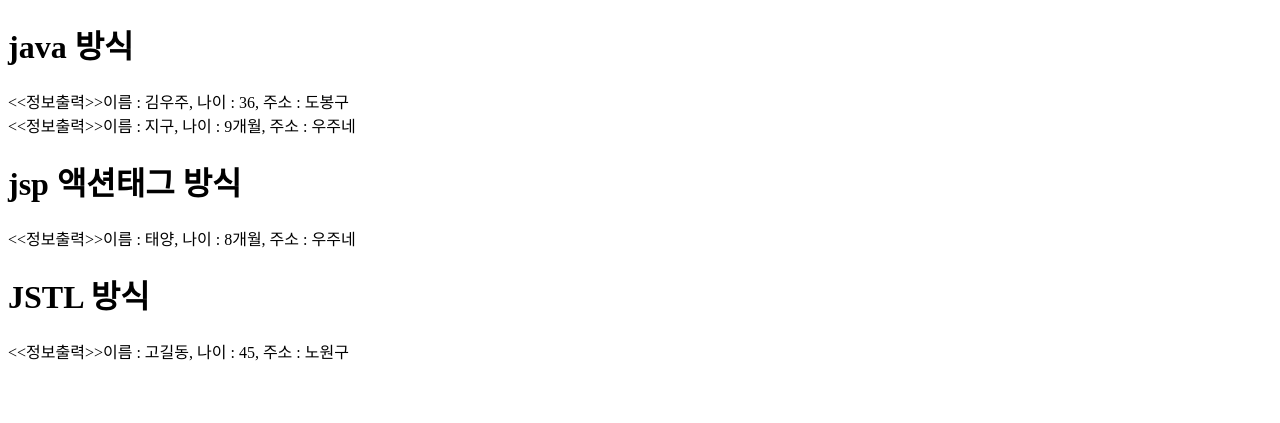
Repository: UnibusK/Java-Study
Page: http://localhost/JSP29/
These files come from the project's save history. The page is drawn as it stood at one moment and after the next save; the edit follows.
The browser window is 1280 px wide. The pictures show the whole page.
The page is served by Tomcat 9.

Above is the page before, as saved 2023-12-06 06:29:58.

### JSP/JSP29/src/main/webapp/index.jsp
<%@ page language="java" contentType="text/html; charset=UTF-8"
    pageEncoding="UTF-8"%>
<%@ taglib uri="http://java.sun.com/jsp/jstl/core" prefix="c"%>
<!DOCTYPE html>
<html>
	<head>
		<meta charset="UTF-8">
		<title>자바빈과 JSTL</title>
	</head>
	<body>
		<h1>java 방식</h1>
		<%
			beans.Student s1=new beans.Student();
			s1.setName("김우주");
			s1.setAge("36");
			s1.setAddress("도봉구");
			beans.Student s2=new beans.Student();
			s2.setName("지구");
			s2.setAge("9개월");
			s2.setAddress("우주네");

		%>
		<%=s1 %><br>
		<%=s2 %><br>
		<h1>jsp 액션태그 방식</h1>
		<jsp:useBean id="s3" class="beans.Student"></jsp:useBean>
		<jsp:setProperty name="s3" property="name" value="태양"></jsp:setProperty>
		<jsp:setProperty name="s3" property="age" value="8개월"></jsp:setProperty>
		<jsp:setProperty name="s3" property="address" value="우주네"></jsp:setProperty>
		<!-- name.set필드멍("내용"); -->
		<%=s3 %>

		<h1>JSTL 방식</h1>
		<c:set var="s4" value="<%=new beans.Student() %>"></c:set>
		<c:set target="${s4 }" property="name" value="고길동"></c:set>
		<c:set target="${s4 }" property="age" value="45"></c:set>
		<c:set target="${s4 }" property="address" value="노원구"></c:set>
		<!-- target.set필드명(value) -->
		${s4 }<br>
	</body>
</html>

### JSP/JSP29/src/main/java/beans/Student.java
package beans;

public class Student {
	private String name;
	private String age;
	private String address;

	public String getName() {
		return name;
	}
	public void setName(String name) {
		this.name = name;
	}
	public String getAge() {
		return age;
	}
	public void setAge(String age) {
		this.age = age;
	}
	public String getAddress() {
		return address;
	}
	public void setAddress(String address) {
		this.address = address;
	}

	public String toString() {
		return "<<정보출력>>이름 : "+name+", 나이 : "+age+", 주소 : "+address;
	}

}

After the next save:
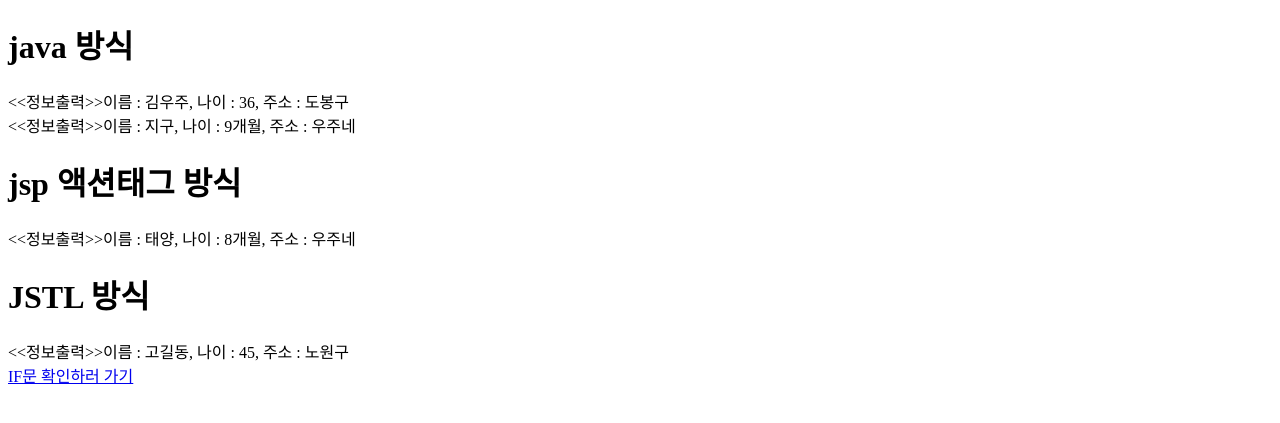
Saved 3 min 45 s later.
--- a/JSP/JSP29/src/main/webapp/index.jsp
+++ b/JSP/JSP29/src/main/webapp/index.jsp
@@ -37,5 +37,6 @@
 		<c:set target="${s4 }" property="address" value="노원구"></c:set>
 		<!-- target.set필드명(value) -->
 		${s4 }<br>
+		<a href="if.jsp">IF문 확인하러 가기</a>
 	</body>
 </html>
